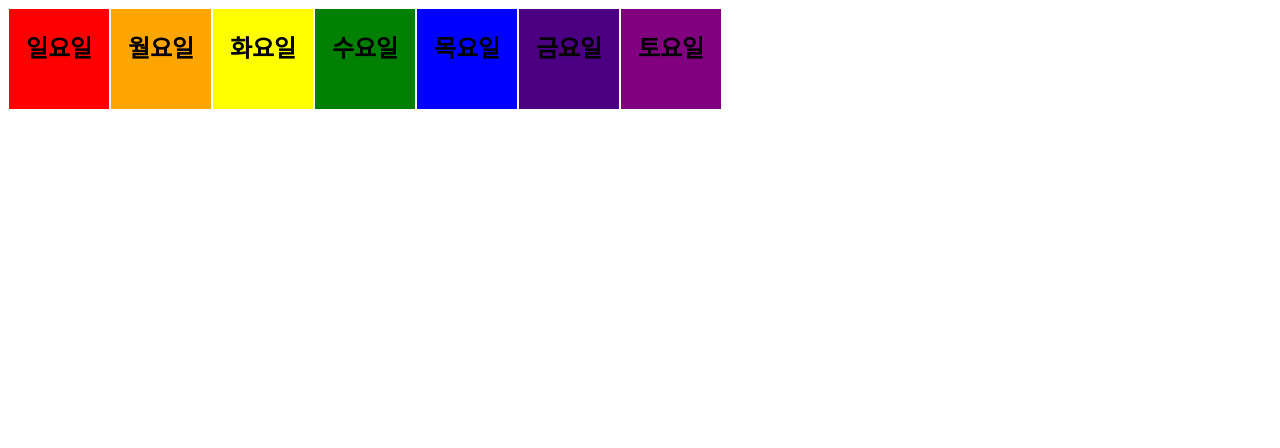
Repository: skim24245/web_workspace_src
Page: Lecture-Web/src/main/webapp/Jquery/html05.html
An editor plug-in stored every save of this project. The page is shown before and after the next save, followed by the edit.
The browser window is 1280 px wide. The pictures show the whole page.

Above is the page before, as saved 2022-05-30 10:07:43.

After the next save:
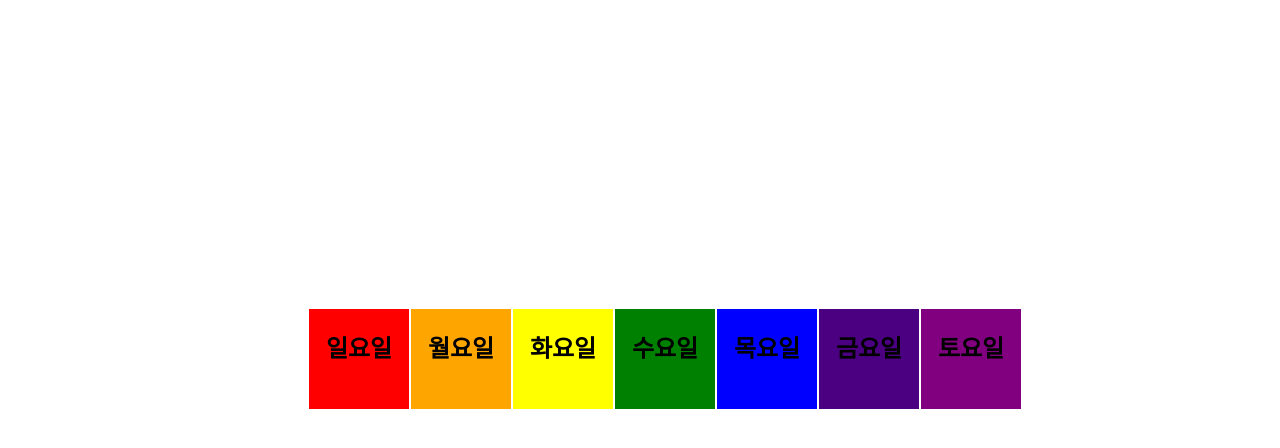
Saved 51 s later.
--- a/Lecture-Web/src/main/webapp/Jquery/html05.html
+++ b/Lecture-Web/src/main/webapp/Jquery/html05.html
@@ -13,6 +13,7 @@ div {
 	justify-content: center;
 	align-content: center;
 	border: 1px solid white;
+	transform: translate(300px,300px);
 }
 
 h2 {
